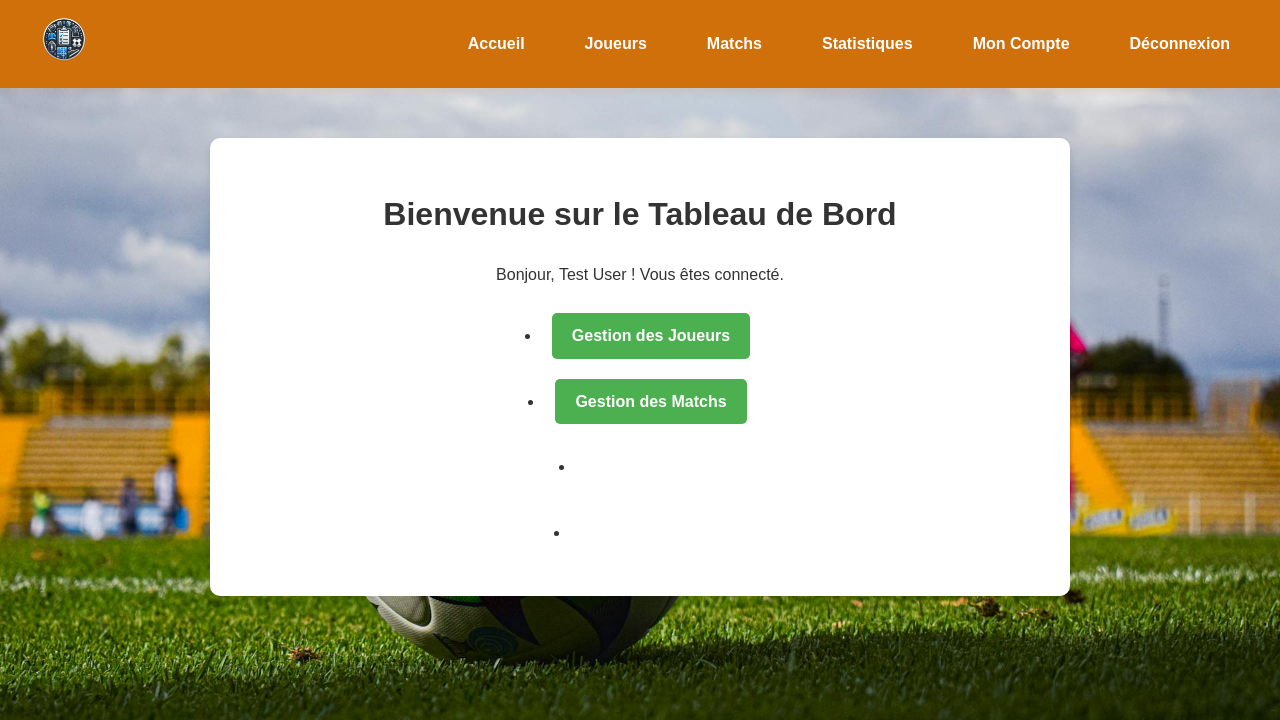
Repository: iisloomx/R401_MiniProjet
Page: http://localhost/MiniprojetR3.01/views/dashboard.php
An editor plug-in stored every save of this project. The page is shown before and after a run of saves, followed by the edit.
The browser window is 1280 px wide. The pictures show the whole page.
The page is run by PHP 8.4 with error messages shown; the project is at /var/www/html/. The session is filled in as if someone had signed in: {"id_utilisateur": 1, "utilisateur": "Test User"}.

Above is the page before, as saved 2025-01-19 04:30:14.

After the next 4 saves:
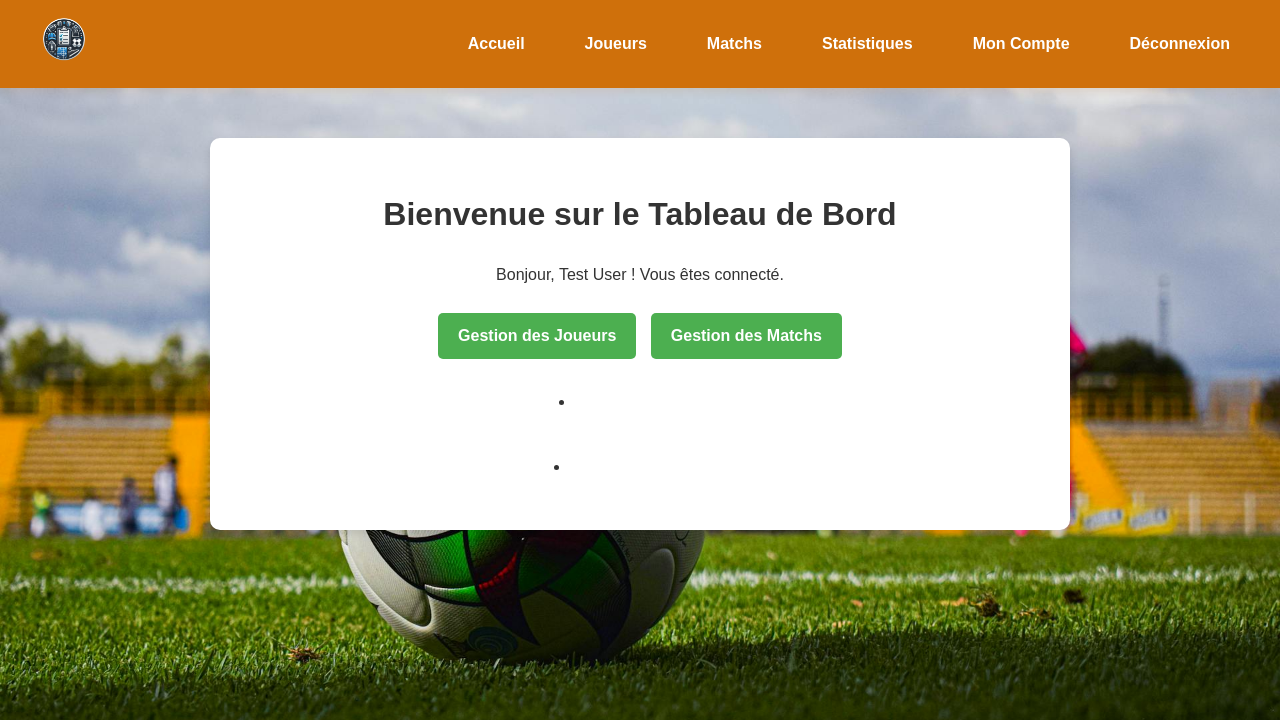
The 4 saves are shown as one change because they came seconds apart.
The last was saved 29 s later.
--- a/views/dashboard.php
+++ b/views/dashboard.php
@@ -29,8 +29,8 @@ include 'header.php';
             <?php endif; ?>
 
 
-                    <li><a href="../controllers/JoueursController.php?action=liste" class="btn btn-gestjou">Gestion des Joueurs</a></li>
-                    <li><a href="../controllers/MatchsController.php?action=liste" class="btn btn-gestmatch">Gestion des Matchs</a></li>
+                    <a href="../controllers/JoueursController.php?action=liste" class="btn btn-gestjou">Gestion des Joueurs</a></li>
+                    <a href="../controllers/MatchsController.php?action=liste" class="btn btn-gestmatch">Gestion des Matchs</a></li>
                     <li><a href="../controllers/StatistiquesController.php?action=index" class="btn btn-stat">Statistiques</a></li> <!-- Nouveau bouton -->
                     <li><a href="../controllers/DeconnexionController.php" class="btn btn-deco">Déconnexion</a></li>
 
